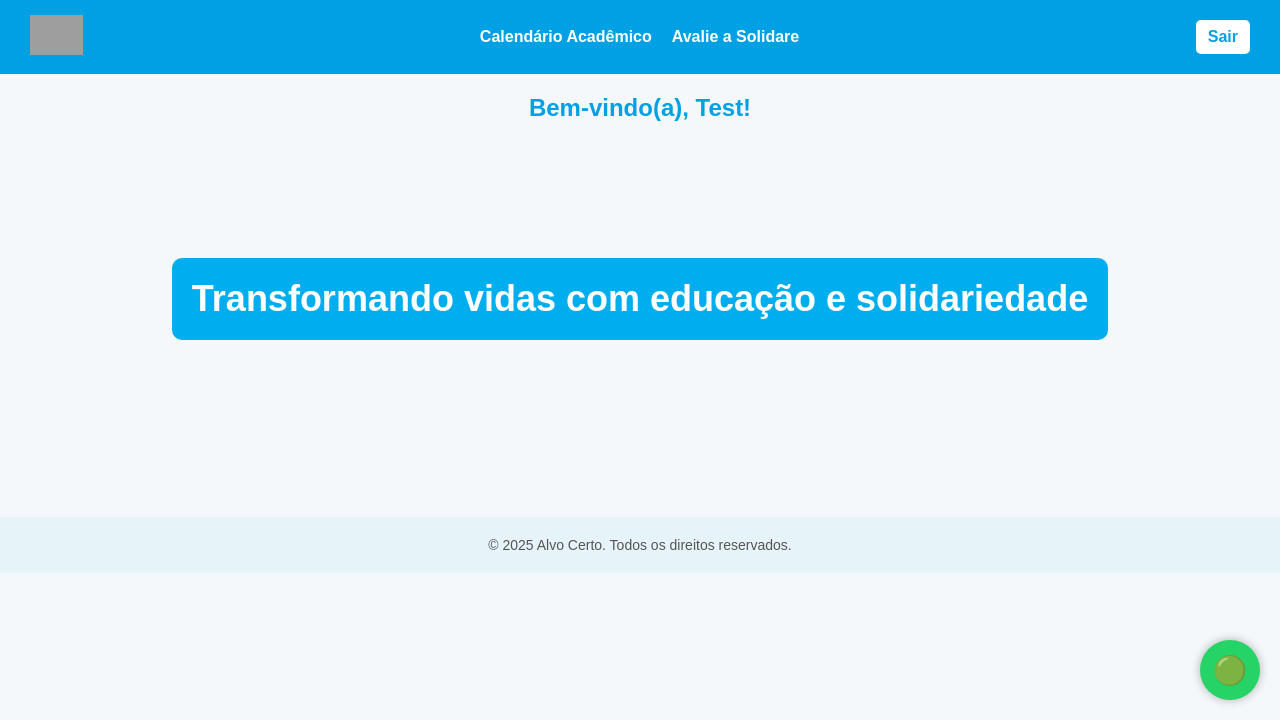
Repository: Guilherme-burle/Portal-do-Aluno-P2
Page: http://localhost/
An editor plug-in stored every save of this project. The page is shown before and after the next save, followed by the edit.
The browser window is 1280 px wide. The pictures show the whole page.
Pictures or frames that could not be fetched are drawn as grey boxes. The page is served by the project's application, run on Django 5.2 (PortaldoAluno/manage.py). A made-up administrator, testuser (Test User, test@example.com), is signed in.

Above is the page before, as saved 2025-05-16 16:50:00.

After the next save:
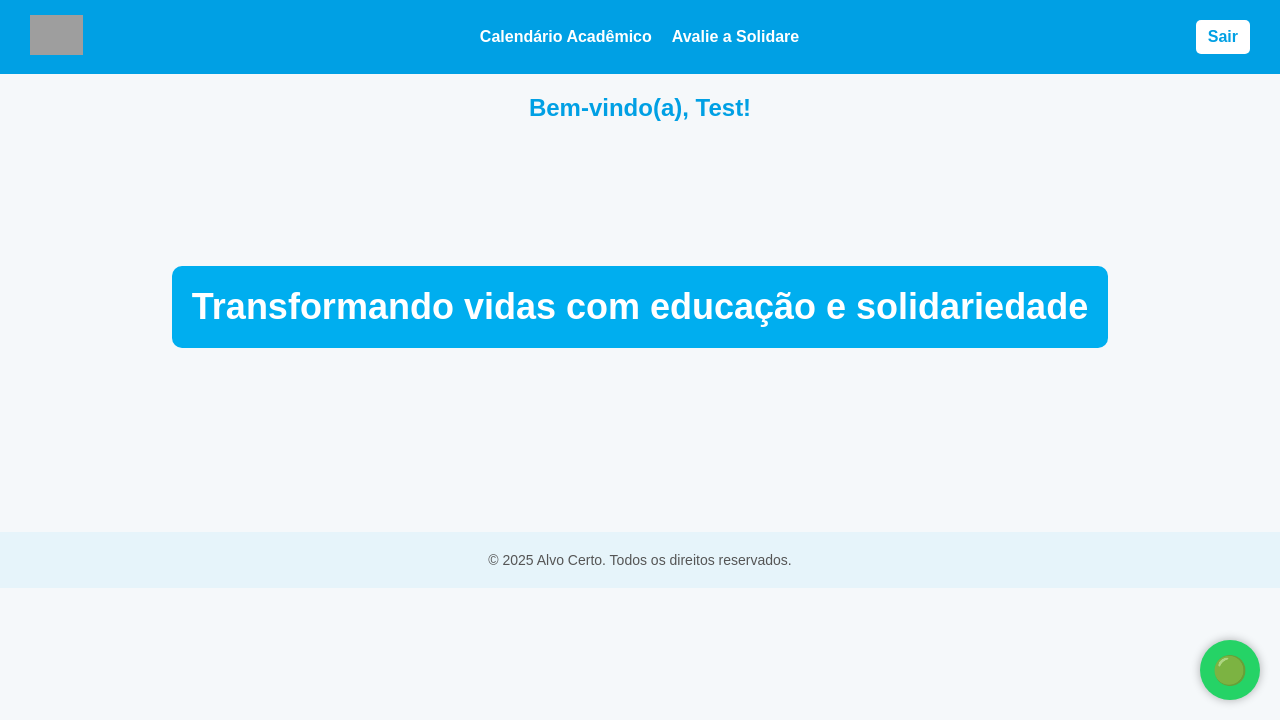
Saved 9 s later.
--- a/PortaldoAluno/Aplicativo/templates/home.html
+++ b/PortaldoAluno/Aplicativo/templates/home.html
@@ -70,7 +70,7 @@
     .banner {
       background-size: cover;
       background-position: center;
-      height: 315px;
+      height: 330px;
       display: flex;
       align-items: center;
       justify-content: center;
